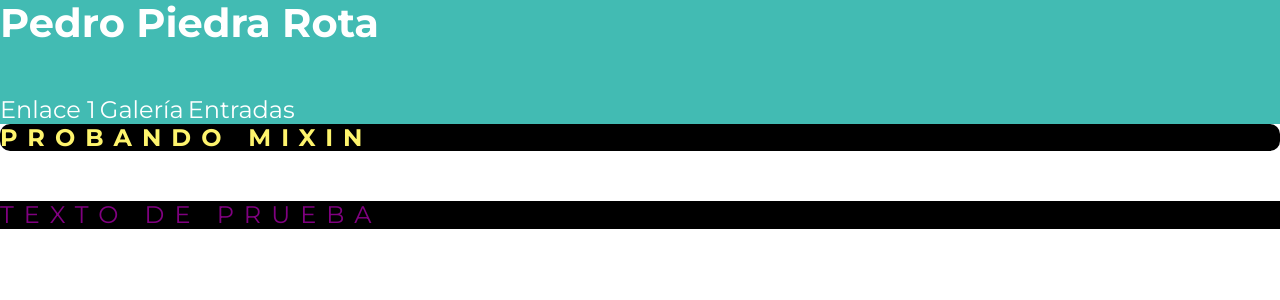
Repository: araque1990/PedroPiedraRota
Page: index.html
The author's editor kept a copy of each file at every save. The page is drawn from the files as they stood at one save, then again after the next save.
The browser window is 1280 px wide. The pictures show the whole page.
The style sheet was rebuilt from its Sass, Less or Tailwind sources for each picture, by a compiler version that may differ from the author's.

Above is the page before, as saved 2023-03-13 17:37:25.

### index.html
<!DOCTYPE html>
<html lang="es">
 <head>
  <meta charset="UTF-8" />
  <meta http-equiv="X-UA-Compatible" content="IE=edge" />
  <meta name="viewport" content="width=device-width, initial-scale=1.0" />
  <title>Pedro "Piedra Rota"</title>
  <meta
   name="description"
   content="Rock Zaragoza, Pedro Piedra Rota, Sitio Web Oficial"
  />
  <meta
   name="keywords"
   content="Rock Zaragoza, pagina oficial de Pedro Civera Sanchez, Pedro Piedra Rota"
  />
  <link rel="preconnect" href="https://fonts.googleapis.com" />
  <link rel="preconnect" href="https://fonts.gstatic.com" crossorigin />
  <link
   href="https://fonts.googleapis.com/css2?family=Montserrat:wght@300;400;700;900&display=swap"
   rel="stylesheet"
  />
  <link rel="shortcut icon" href="img/icono/Guitarra.svg" type="image/svg" />
  <link rel="stylesheet" href="build/css/app.css" />
 </head>

 <body>
  <header class="header">
   <div class="contendor contenido-header">
    <h1>Pedro Piedra Rota</h1>
    <nav class="navegacion-principal">
     <a href="#">Enlace 1</a>
     <a href="#">Galería</a>
     <a href="#">Entradas</a>
    </nav>
   </div>
  </header>
  <h1 class="prueba">Probando Mixin</h1>
  <p class="texto">Texto de Prueba</p>
 </body>
</html>

### src/scss/app.scss
@use 'base';
@use 'layout';

### src/scss/base/_variables.scss
// Tipografia
$fuente_principal: 'Montserrat', sans-serif;

// Colores
$verde: #42bbb3;
$rosa: #f53756;
$amarillo: #fef46d;
$morado: #752f97;
$negro: #000;
$blanco: #fff;

### src/scss/base/_mixins.scss
@use 'variables' as v;

@mixin heading($color: purple, $border-radius: false) {
  text-transform: uppercase;
  font-size: 2.4rem;
  color: $color;
  letter-spacing: 10px;
  background-color: black;

  @if $border-radius {
    border-radius: 1rem;
  }
}

### src/scss/base/_globales.scss
@use 'variables' as v;

html {
  font-size: 62.5%;
  box-sizing: border-box;
}

*, *:before, *:after {
  box-sizing: inherit;
}
body {
  font-family: v.$fuente_principal;
  font-size: 1.6rem;
}

p {
  font-size: 2rem;
  color: v.$negro;
}

.contenedor {
  width: 95%;
  max-width: 120rem;
  margin: 0 auto;
}

a{
  text-decoration: none;
}

h1, h2, h3 {
  margin: 0 0 5rem 0;
}

h1 {
  font-size: 4rem;
}

h2 {
  font-size: 3.6rem;
}

h3 {
  font-size: 3rem;
}

### src/scss/layout/_header.scss
@use '../base/variables' as v;
@use '../base/mixins' as m;

.header {
  background-color: v.$verde;

  h1 {
    color: v.$blanco;
  }
}

.navegacion-principal {
  a {
    color: v.$blanco;
    font-size: 2.4rem;

    &:hover {
      color: v.$amarillo;
    }
  }
}

.prueba {
  @include m.heading(v.$amarillo, true);
}

.texto {
  @include m.heading;
}

Loaded but not shown: src/scss/base/_index.scss (common file); src/scss/base/_normalize.scss (common file); src/scss/layout/_index.scss (common file)

After the next save:
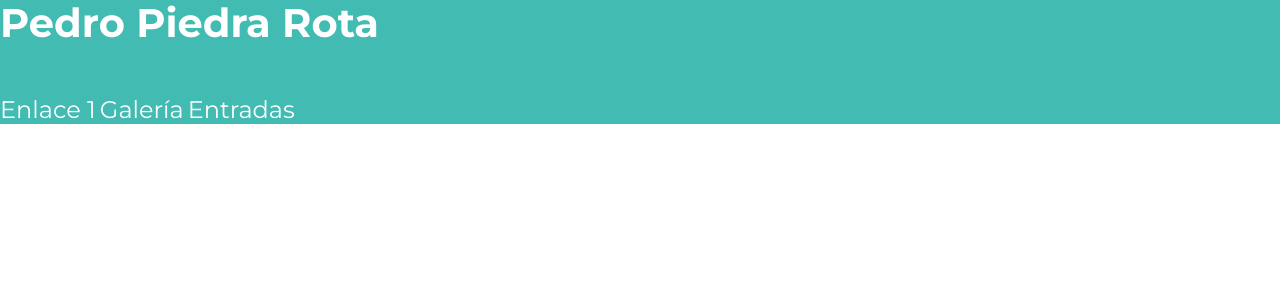
Saved 68 s later.
--- a/index.html
+++ b/index.html
@@ -34,7 +34,5 @@
     </nav>
    </div>
   </header>
-  <h1 class="prueba">Probando Mixin</h1>
-  <p class="texto">Texto de Prueba</p>
  </body>
 </html>
